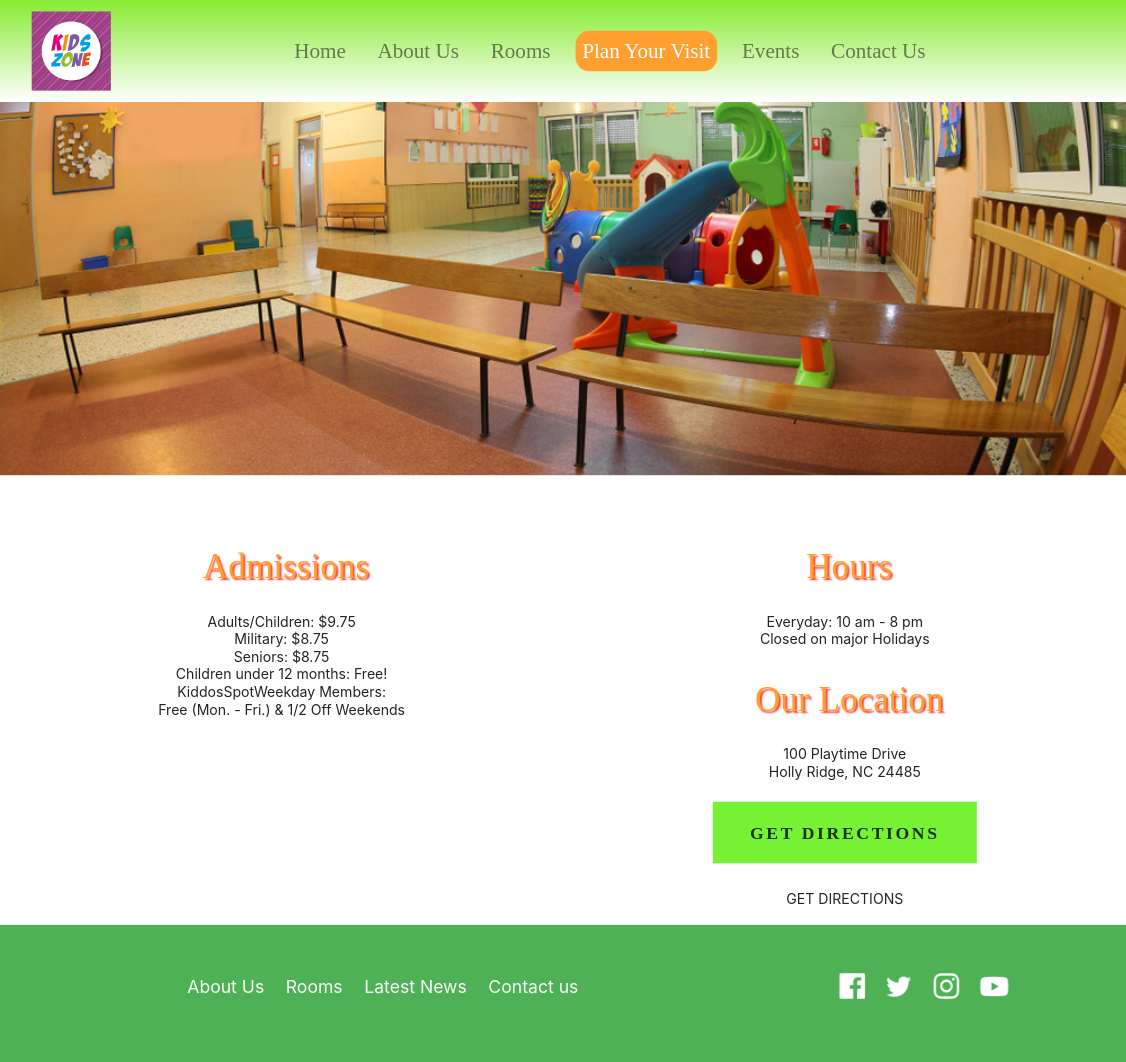
Repository: Code-Institute-Submissions/my-first-frontend-milestone-project
Page: planyourvisit.html
The author's editor kept a record of every edit. The page is drawn from the files as they stood at one moment, then again after the next edit.
The browser window is 1280 px wide. The pictures show the whole page, at 88% of full size.
Some web fonts or font styles are not loaded; a fallback is used.

Above is the page before.

### planyourvisit.html
<!DOCTYPE html>
<html lang="en">

<head>
    <meta charset="UTF-8">
    <meta name="viewport" content="width=device-width, initial-scale=1.0">
    <meta http-equiv="X-UA-Compatible" content="ie=edge">
    <script src="https://code.jquery.com/jquery-3.3.1.slim.min.js" integrity="sha384-q8i/X+965DzO0rT7abK41JStQIAqVgRVzpbzo5smXKp4YfRvH+8abtTE1Pi6jizo" crossorigin="anonymous"></script>
    <script src="https://cdnjs.cloudflare.com/ajax/libs/popper.js/1.14.7/umd/popper.min.js" integrity="sha384-UO2eT0CpHqdSJQ6hJty5KVphtPhzWj9WO1clHTMGa3JDZwrnQq4sF86dIHNDz0W1" crossorigin="anonymous"></script>
    <link rel="stylesheet" href="https://stackpath.bootstrapcdn.com/bootstrap/4.3.1/css/bootstrap.min.css" integrity="sha384-ggOyR0iXCbMQv3Xipma34MD+dH/1fQ784/j6cY/iJTQUOhcWr7x9JvoRxT2MZw1T" crossorigin="anonymous">
    <script src="https://stackpath.bootstrapcdn.com/bootstrap/4.3.1/js/bootstrap.min.js" integrity="sha384-JjSmVgyd0p3pXB1rRibZUAYoIIy6OrQ6VrjIEaFf/nJGzIxFDsf4x0xIM+B07jRM" crossorigin="anonymous"></script>
    <link rel="stylesheet" href="https://maxcdn.bootstrapcdn.com/font-awesome/4.7.0/css/font-awesome.min.css" type="text/css" />
    <link rel="stylesheet" href="css/style.css">
    <title>KiddosSpot</title>
</head>

<body>
    <header>
        <!-- Used Bootstrap for basic nav. EGB -->
        <nav class="navbar fixed-top navbar-light
         navbar-expand-lg  navbar-fixed-top navstyle">
            <a class="navbar-brand" href="#">
           <img src="./images/logo.jpg" class="logo" alt="Kid's Spot Logo">
          </a>
            <button class="navbar-toggler" type="button" data-toggle="collapse" data-target="#navbarSupportedContent" aria-controls="navbarSupportedContent" aria-expanded="false" aria-label="Toggle navigation">
              <span class="navbar-toggler-icon"></span>
          </button>
            <div class="collapse navbar-collapse" id="navbarSupportedContent">
                <ul class="nav navbar-nav mr-auto" style=" margin: 0 auto;">
                    <li class="nav-item">
                        <a class="nav-link" href="index.html">Home <span class="sr-only">(current)</span></a>
                    </li>
                    <li class="nav-item">
                        <a class="nav-link about-menu" href="about.html">About Us</a>
                    </li>
                    <li class="nav-item">
                        <a class="nav-link" href="rooms.html">Rooms</a>
                    </li>
                    <li class="nav-item active4">
                        <a class="nav-link" href="planyourvisit.html">Plan Your Visit</a>
                    </li>
                    <li class="nav-item">
                        <a class="nav-link" href="events.html">Events</a>
                    </li>
                    <li class="nav-item">
                        <a class="nav-link" href="contact.html">Contact Us</a>
                    </li>
            </div>
        </nav>
    </header>

    <section>
        <!-- Bootstrap grid approach for columns -->
        <div class="container-fluid">
            <div class="row">
                <div class="col-12 banner-your-visit"> </div>
            </div>
            <div class = "row">
                <div class= "col-md-6 compact-paragraph">
                    <h2 class="subtitle-plan-your-visit">Admissions</h2>
                    <p>Adults/Children: $9.75</p>
                    <p>Military: $8.75</p>
                    <p>Seniors: $8.75</p>
                    <p>Children under 12 months: Free!</p>
                    <p>KiddosSpotWeekday Members:</p>
                    <p>Free (Mon. - Fri.) & 1/2 Off Weekends</p>
                </div>
                <div class= "col-md-6 compact-paragraph">
                    <h2 class="subtitle-plan-your-visit">Hours</h2>
                    <p>Everyday: 10 am - 8 pm</p>
                    <p>Closed on major Holidays</p>
                    <h2 class="subtitle-plan-your-visit" style="padding-top:15px;">Our Location</h2>
                    <p>100 Playtime Drive</p>
                    <p>Holly Ridge, NC 24485</p>
                    <br>
                    <div style="text-align:center;">
                        <a class="gallery-btn" href="#">Get Directions</a>
                    </div>
                    <p>GET DIRECTIONS</p>
                </div>
            </div>
        </div>
        <!-- container fluid -->
    </section>
    <footer class="container-fluid">
        <div id="footer-details" class="row">
            <div class="col-sm-8">
                <nav id="menu-widget-2">
                    <ul>
                        <li>
                            <a href="about.html">About Us</a></li>
                        <li>
                            <a href="rooms.html">Rooms</a></li>
                        <li>
                            <a href="news.html">Latest News</a></li>
                        <li>
                            <a href="contact.html">Contact us</a></li>
                    </ul>
                </nav>
            </div>
            <div id="social-media" class="col-sm-4">
                <a href="#" target="_blank">
                        <img src="./images/facebook.png">
                </a>
                <a href="#" target="_blank">
                        <img src="./images/twitter.png">
                </a>
                <a href="#" target="_blank">
                        <img src="./images/instagram.png">
                </a>
                <a href="#" target="_blank">
                        <img src="./images/youtube.png">
                </a>
            </div>
        </div>
    </footer>
</body>

</html>

Loaded but not shown: css/style.css (946 lines, source omitted)

After the next edit:
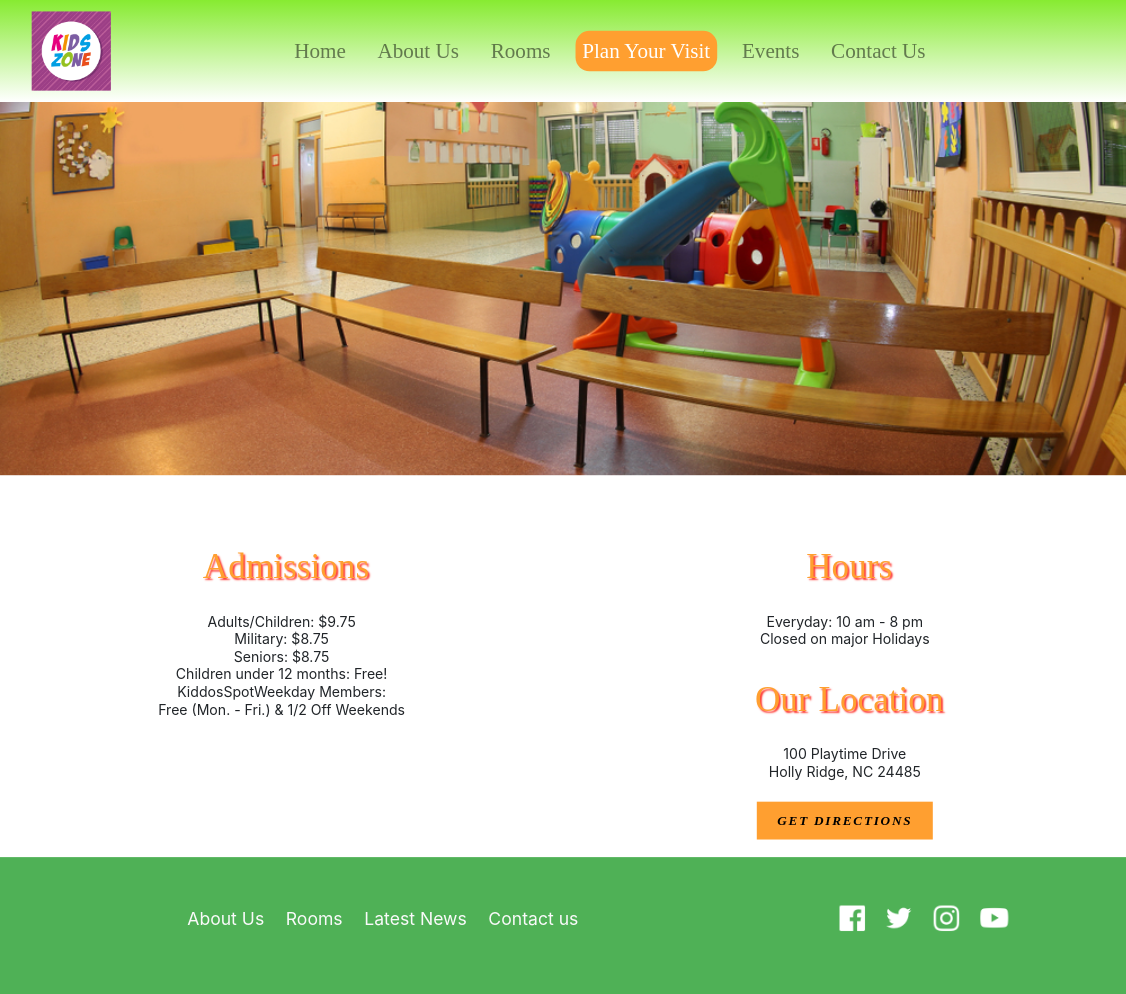
The edit:
--- a/planyourvisit.html
+++ b/planyourvisit.html
@@ -74,9 +74,8 @@
                     <p>Holly Ridge, NC 24485</p>
                     <br>
                     <div style="text-align:center;">
-                        <a class="gallery-btn" href="#">Get Directions</a>
+                        <a class="getdirections-btn" href="#"><em>Get Directions</em></a>
                     </div>
-                    <p>GET DIRECTIONS</p>
                 </div>
             </div>
         </div>
